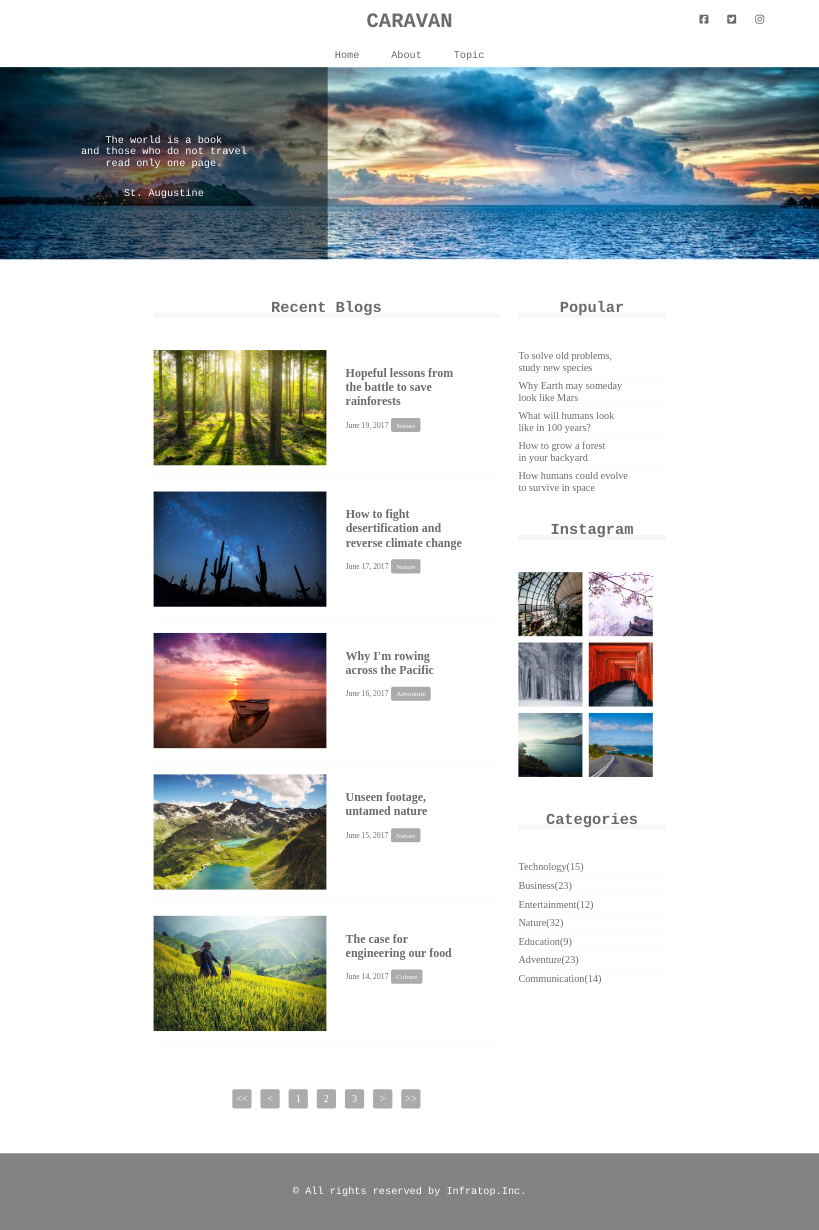
Repository: shimizuayuka/wcp_PHP
Page: caravan/index.html
The author's editor kept a record of every edit. The page is drawn from the files as they stood at one moment, then again after the next edit.
The browser window is 1280 px wide. The pictures show the whole page, at 64% of full size.
Some web libraries are served in a nearby version.

Above is the page before.

### caravan/index.html
<!DOCTYPE html>
<html lang="ja">
  <head>
    <meta charset="UTF-8" />
    <meta name="viewport" content="width=device-width,initial-scale=1.0">
    <script src="https://kit.fontawesome.com/22867ca46b.js" crossorigin="anonymous"></script>
    <!-- CSSファイルの読み込み -->
    <link rel="stylesheet" href="style.css" />
    <title>CARAVAN</title>
  </head>

  <body>
    <!-- header -->
    <header>
      <h1 class="heading">
        <a href="index.html">
          CARAVAN
        </a>
      </h1>

      <div class="social">
        <i class="fab fa-facebook-square"></i>
        <i class="fab fa-twitter-square"></i>
        <i class="fab fa-instagram"></i>
      </div>
    </header>

     <!-- navigation -->
    <nav>
      <ul class="nav-list">
        <li class="nav-list-item">
          <a href="index.html">Home</a>
        </li>
        <li class="nav-list-item">About</li>
        <li class="nav-list-item">Topic</li>
      </ul>
    </nav>

    <!-- main-visual用のdiv -->
    <div class="main-visual">
      <div class="main-visual-content">
         <!-- pタグ（と文字）を追加 -->
       <p class="main-visual-text">
          The world is a book<br />
          and those who do not travel<br />
          read only one page.
        </p>
        <p class="main-visual-name">
          St. Augustine
        </p>
      </div>
    </div>

    <!-- main用のdiv -->
     <main>
      <section class="blog">
        <h2 class="blog-heading">Recent Blogs</h2>

         <div class="blog-box">
          <div class="blog-item">
            <img class="blog-image" src="img/img/forest.jpg" />
            <section class="blog-text">
              <h3 class="blog-text-heading">
                <a href="single.html">
                  Hopeful lessons from<br>
                  the battle to save<br>
                  rainforests
                </a>
              </h3>
              <p class="blog-date">June 19, 2017</p>
              <span class="category">Nature</span>
            </section>
          </div>
          <div class="blog-item">
            <img class="blog-image" src="img/img/desert.jpg" />
            <section class="blog-text">
              <h3 class="blog-text-heading">
                <a href="single.html">
                  How to fight<br>
                  desertification and<br>
                  reverse climate change
                </a>
              </h3>
              <p class="blog-date">June 17, 2017</p>
              <span class="category">Nature</span>
            </section>
          </div>
          <div class="blog-item">
            <img class="blog-image" src="img/img/sunset.jpg" />
            <section class="blog-text">
              <h3 class="blog-text-heading">
                <a href="single.html">
                  Why I'm rowing<br>
                  across the Pacific
                </a>
              </h3>
              <p class="blog-date">June 16, 2017</p>
              <span class="category">Adventure</span>
            </section>
          </div>
          <div class="blog-item">
            <img class="blog-image" src="img/img/italy.jpg" />
            <section class="blog-text">
              <h3 class="blog-text-heading">
                <a href="single.html">
                  Unseen footage,<br>
                  untamed nature
                </a>
              </h3>
              <p class="blog-date">June 15, 2017</p>
              <span class="category">Nature</span>
            </section>
          </div>
          <div class="blog-item">
            <img class="blog-image" src="img/img/asia.jpg" />
            <section class="blog-text">
              <h3 class="blog-text-heading">
                <a href="single.html">
                  The case for<br>
                  engineering our food
                </a>
              </h3>
              <p class="blog-date">June 14, 2017</p>
              <span class="category">Culture</span>
            </section>
          </div>
        </div>
        <div class="pagination">
          <p><<</p>
          <p><</p>
          <p>1</p>
          <p>2</p>
          <p>3</p>
          <p>></p>
          <p>>></p>
        </div>
      </section>

      <div class="sidebar">
        <section class="popular">
          <h2 class="popular-heading common-heading">Popular</h2>
          <div class="sidebar-contents">
             <p class="popular-text">To solve old problems,<br>study new species</p>
            <p class="popular-text">Why Earth may someday<br>look like Mars</p>
            <p class="popular-text">What will humans look<br>like in 100 years?</p>
            <p class="popular-text">How to grow a forest<br>in your backyard</p>
            <p class="popular-text">How humans could evolve<br>to survive in space</p>
          </div>
        </section>
        <section class="instagram">
          <h2 class="instagram-heading common-heading">Instagram</h2>
          <div class="sidebar-contents">
            <div class="instagram-box"></div>
            <div class="instagram-box"></div>
            <div class="instagram-box"></div>
            <div class="instagram-box"></div>
            <div class="instagram-box"></div>
            <div class="instagram-box"></div>
          </div>
        </section>
        <section class="categories">
          <h2 class="categories-heading common-heading">Categories</h2>
          <div class="sidebar-contents">
            <p class="categories-text">Technology(15)</p>
            <p class="categories-text">Business(23)</p>
            <p class="categories-text">Entertainment(12)</p>
            <p class="categories-text">Nature(32)</p>
            <p class="categories-text">Education(9)</p>
            <p class="categories-text">Adventure(23)</p>
            <p class="categories-text">Communication(14)</p>
          </div>
        </section>
      </div>
    </main>

    <!-- footer -->
    <footer>
      <p class="footer-text">© All rights reserved by Infratop.Inc.</p>
    </footer>
  </body>
</html>

### caravan/style.css
/* ブラウザがそれぞれ持っているCSSをリセットするための記述 */
* {
  margin: 0;
  padding: 0;
  box-sizing: border-box;
  color: #6c6b6b;
}

a {
  text-decoration: none;
}

header, nav, h2, .main-visual, footer {
  font-family: Chalkduster, "Bradley Hand", Courier, "Segoe Print", sans-serif;
}

header {
  width: 90%; /* 横幅90% */
  padding: 15px 0;
  margin: 0 auto;
  text-align: center;
  position: relative;
}

.social i {
  display: inline-block;
  margin-left: 20px;
}

.social {
  position: absolute;
  top: 22px;
  right: 22px;
}

header .heading {
  /* headerタグ内のheadingクラスにのみ反映される */
  font-size: 32px;
}

.nav-list {
  text-align: center;
  padding: 10px 0;
  margin: 0 auto;
}

.nav-list-item {
  list-style: none;
  display: inline-block;
  margin: 0 20px;
}

.main-visual {
  width: 100%; /* 横幅いっぱい */
  height: 300px; /* 高さ300px */
  background-image: url(img/img/mv.jpg);
  background-size: cover; /* 縦横比を維持したまま背景領域を埋め尽くす */
  background-position: center; /* 背景画像を中央に配置 */
}

.main-visual-content {
  width: 40%; /* 横幅40% */
  height: 300px; /* 親の高さに揃える */
  background-color: rgba(0, 0, 0, 0.5); /* 背景色を半透明の黒にする */
  text-align: center; /* 文字を中央揃えにする */
  padding-top: 105px; /* 上側の内側余白で垂直方向の位置を調整 */
}

.main-visual-text {
  color: #fff; /* 文字色を白に変更 */
}

.main-visual-name {
  margin-top: 30px; /* 上側の外側の余白 */
  color: #fff; /* 文字色を白に変更 */
}

main {
  width: 800px; /* 横幅800px */
  display: flex; /* Flexboxの利用 */
  justify-content: center; /* 要素の横並び・中央寄せ */
  margin: 0 auto; /* 要素の中央揃え */
  padding: 70px 0; /* 上下に70px、左右に0pxの内側余白 */
}

.blog {
  width: 540px;
  margin-right: 30px; /* 領域の右側余白 */
}

.blog-heading {
  border-bottom: 8px solid #f7f7f7;
  text-align: center;
  line-height: 0.6;
}

.blog-box {
  padding-top: 50px;
}

.blog-item {
  padding-bottom: 20px;
  margin-bottom: 20px;
  border-bottom: 1px solid #f7f7f7;
  display: flex;
  justify-content: flex-start;
}

.blog-image {
  height: 180px;
}

.blog-text {
  padding: 25px 0 0 30px;
}

.blog-text-heading {
  padding-bottom: 15px;
}

.blog-date {
  font-size: 12px;
  display: inline-block;
}

.category {
  display: inline-block;
  padding: 5px 8px;
  background-color: #acabab;
  border-radius: 3px;
  color: #fff;
  font-size: 11px;
}

.pagination {
  text-align: center;
  padding-top: 50px;
}

.pagination p {
  display:inline-block;
  width: 30px;
  height: 30px;
  margin: 0 5px;
  color: #fff;
  background-color: #acabab;
  border-radius: 3px;
  line-height:30px;
}

.sidebar {
  width: 230px;
}

.common-heading {
  border-bottom: 8px solid #f7f7f7;
  text-align: center;
  line-height: 0.6;
}

.sidebar-contents {
  padding: 50px 0;
}

.popular-text,
.categories-text {
  padding-bottom: 5px;
  border-bottom: 1px solid #f7f7f7;
  margin-bottom: 5px;
}

.popular-text:last-child,
.categories-text:last-child {
  margin: 0;
  padding: 0;
  border: none;
}

.instagram .sidebar-contents {
  display: flex;
  flex-wrap: wrap;
}

.instagram-box {
  width: 100px;
  padding-top: 100px;
  background-size: cover;
  background-position: center;
  margin-bottom: 10px;
}

.instagram-box:nth-child(odd) {
  margin: 0 10px 10px 0;
}

.instagram-box:nth-child(1) {
  background-image: url(img/img/airport.jpg);
}

.instagram-box:nth-child(2) {
  background-image: url(img/img/japan.jpg);
}

.instagram-box:nth-child(3) {
  background-image: url(img/img/snow.jpg);
}

.instagram-box:nth-child(4) {
  background-image: url(img/img/japan2.jpg);
}

.instagram-box:nth-child(5) {
  background-image: url(img/img/lake.jpg);
}

.instagram-box:nth-child(6) {
  background-image: url(img/img/road.jpg);
}

footer {
  width: 100%;
  height: 120px;
  text-align: center;
  line-height: 120px;
  background-color: #848282;
}

.footer-text {
  color: #fff;
}

@media screen and (max-width: 425px) {
  header {
    width: 100%;
  }

After the next edit:
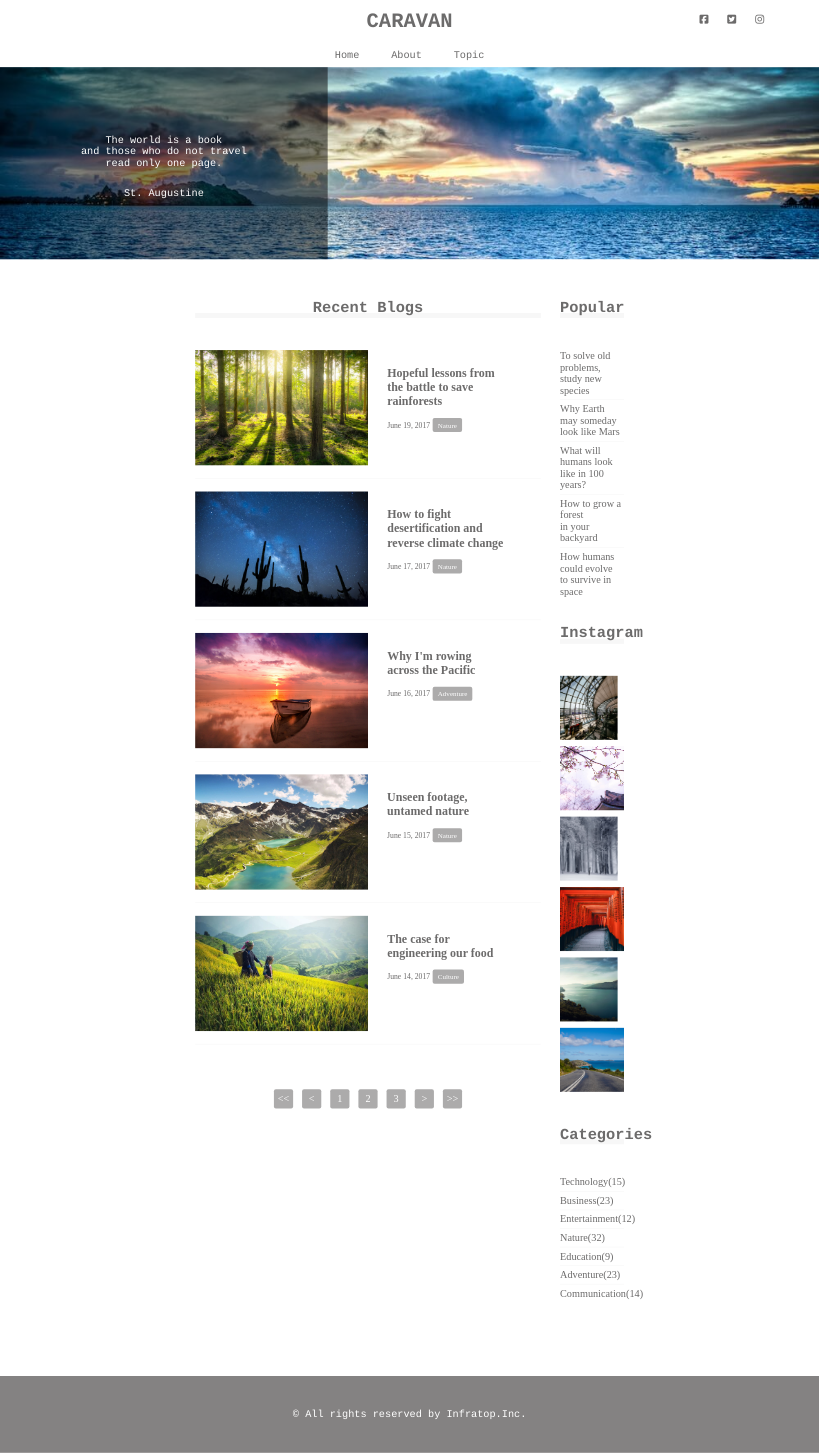
The edit:
--- a/caravan/style.css
+++ b/caravan/style.css
@@ -149,7 +149,7 @@
 }
 
 .sidebar {
-  width: 230px;
+  width: 100px;
 }
 
 .common-heading {
